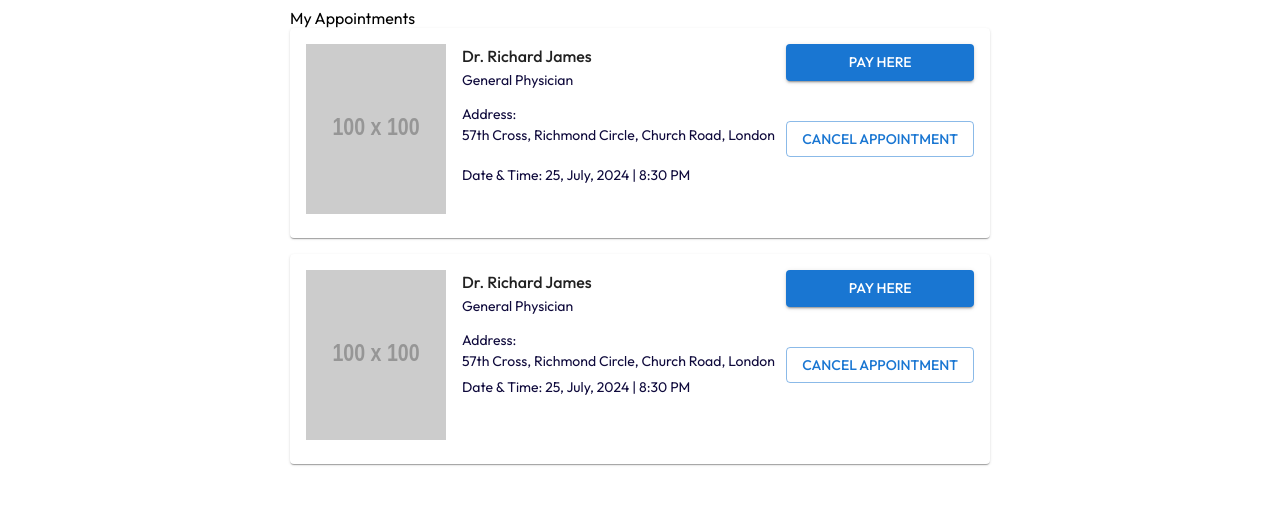
Repository: Ali-Dmerdash/DEPI_GRAD
Page: /
The author's editor kept a copy of each file at every save. The page is drawn from the files as they stood at one save, then again after the next save.
The browser window is 1280 px wide. The pictures show the whole page.
The project was rebuilt for these pictures with package versions that can differ from the ones it lists, and the page was loaded fresh each time. Also part of the build but not shown: vite.config.ts.

Above is the page before, as saved 2024-10-08 21:08:18.

### src/App.tsx
import "./App.css";
import "react-router-dom";
import { library } from "@fortawesome/fontawesome-svg-core";
import { fab } from "@fortawesome/free-brands-svg-icons";
import { fas } from "@fortawesome/free-solid-svg-icons";
import { far } from "@fortawesome/free-regular-svg-icons";
import Myappointment from "./pages/myappointment";

function App() {
  return (
    <>
      <Myappointment />
    </>
  );
}

export default App;
library.add(fab, fas, far);

### src/index.css
@import url("https://fonts.googleapis.com/css2?family=Outfit:wght@100..900&display=swap");

body {
  font-family: "Outfit", sans-serif;
  color: var(--text-color);
}

:root {
  --primary-color: #07456f;
  --secondary-color: #009f9d;
  --text-color: #0f0a3c;
  --card-button-color: #ace6f6;
  --border-color: #adadad;
}

### src/App.css
@import "./App.css";

body {
  color: var(--text-color);
}

### src/pages/myappointment/index.tsx
import React from "react";
import { Box, Card, CardContent, Typography, Button } from "@mui/material";

const MyAppointment: React.FC = () => {
  return (
    <>
      <Box sx={{ maxWidth: 700, margin: "0 auto" }}>
        <Typography variant="body" color="initial" sx={{ marginBottom: 523 }}>
          My Appointments
        </Typography>
        <Card sx={{ marginBottom: 2 }}>
          <CardContent>
            <Box display="flex" alignItems="flex-start">
              <img
                src="https://via.placeholder.com/100"
                alt="Doctor"
                style={{ width: "140px", height: "170px", marginRight: "16px" }}
              />
              <Box flexGrow={1}>
                <Typography variant="h6" fontSize="16px">
                  Dr. Richard James
                </Typography>
                <Typography
                  color="#0F0A3C"
                  fontSize="14px"
                  sx={{ marginBottom: "4%" }}
                >
                  General Physician
                </Typography>
                <Typography
                  color="#0F0A3C"
                  fontSize="14px"
                  sx={{ marginBottom: "6%" }}
                >
                  Address: <br /> 57th Cross, Richmond Circle, Church Road,
                  London
                </Typography>
                <Typography color="#0F0A3C" fontSize="14px">
                  Date & Time: 25, July, 2024 | 8:30 PM
                </Typography>
              </Box>
              <Box
                display="flex"
                flexDirection="column"
                justifyContent="flex-end"
              >
                <Button variant="contained" color="primary">
                  Pay here
                </Button>
                <Button
                  variant="outlined"
                  color="primary"
                  sx={{ marginTop: 5 }}
                >
                  Cancel appointment
                </Button>
              </Box>
            </Box>
          </CardContent>
        </Card>

        <Card>
          <CardContent>
            <Box display="flex" alignItems="flex-start">
              <img
                src="https://via.placeholder.com/100"
                alt="Doctor"
                style={{ width: "140px", height: "170px", marginRight: "16px" }}
              />
              <Box flexGrow={1}>
                <Typography variant="h6" fontSize="16px">
                  Dr. Richard James
                </Typography>
                <Typography
                  color="#0F0A3C"
                  fontSize="14px"
                  sx={{ marginBottom: "4%" }}
                >
                  General Physician
                </Typography>
                <Typography
                  color="#0F0A3C"
                  fontSize="14px"
                  sx={{ marginBottom: "5px" }}
                >
                  Address: <br />
                  57th Cross, Richmond Circle, Church Road, London
                </Typography>
                <Typography color="#0F0A3C" fontSize="14px">
                  Date & Time: 25, July, 2024 | 8:30 PM
                </Typography>
              </Box>
              <Box
                display="flex"
                flexDirection="column"
                justifyContent="flex-end"
              >
                <Button variant="contained" color="primary">
                  Pay here
                </Button>

                <Button
                  variant="outlined"
                  color="primary"
                  sx={{ marginTop: 5 }}
                >
                  Cancel appointment
                </Button>
              </Box>
            </Box>
          </CardContent>
        </Card>
      </Box>
    </>
  );
};

export default MyAppointment;

Loaded but not shown: index.html (common file); src/main.tsx (common file)

After the next save:
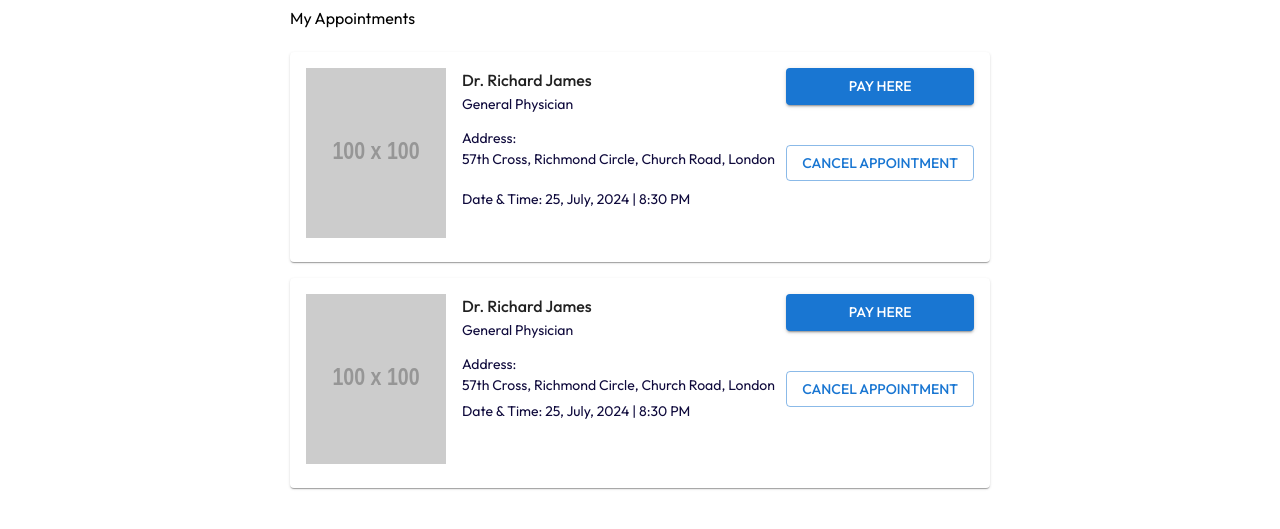
Saved 23 s later.
--- a/src/pages/myappointment/index.tsx
+++ b/src/pages/myappointment/index.tsx
@@ -8,7 +8,7 @@ const MyAppointment: React.FC = () => {
         <Typography variant="body" color="initial" sx={{ marginBottom: 523 }}>
           My Appointments
         </Typography>
-        <Card sx={{ marginBottom: 2 }}>
+        <Card sx={{ marginBottom: 2, marginTop: 3 }}>
           <CardContent>
             <Box display="flex" alignItems="flex-start">
               <img
